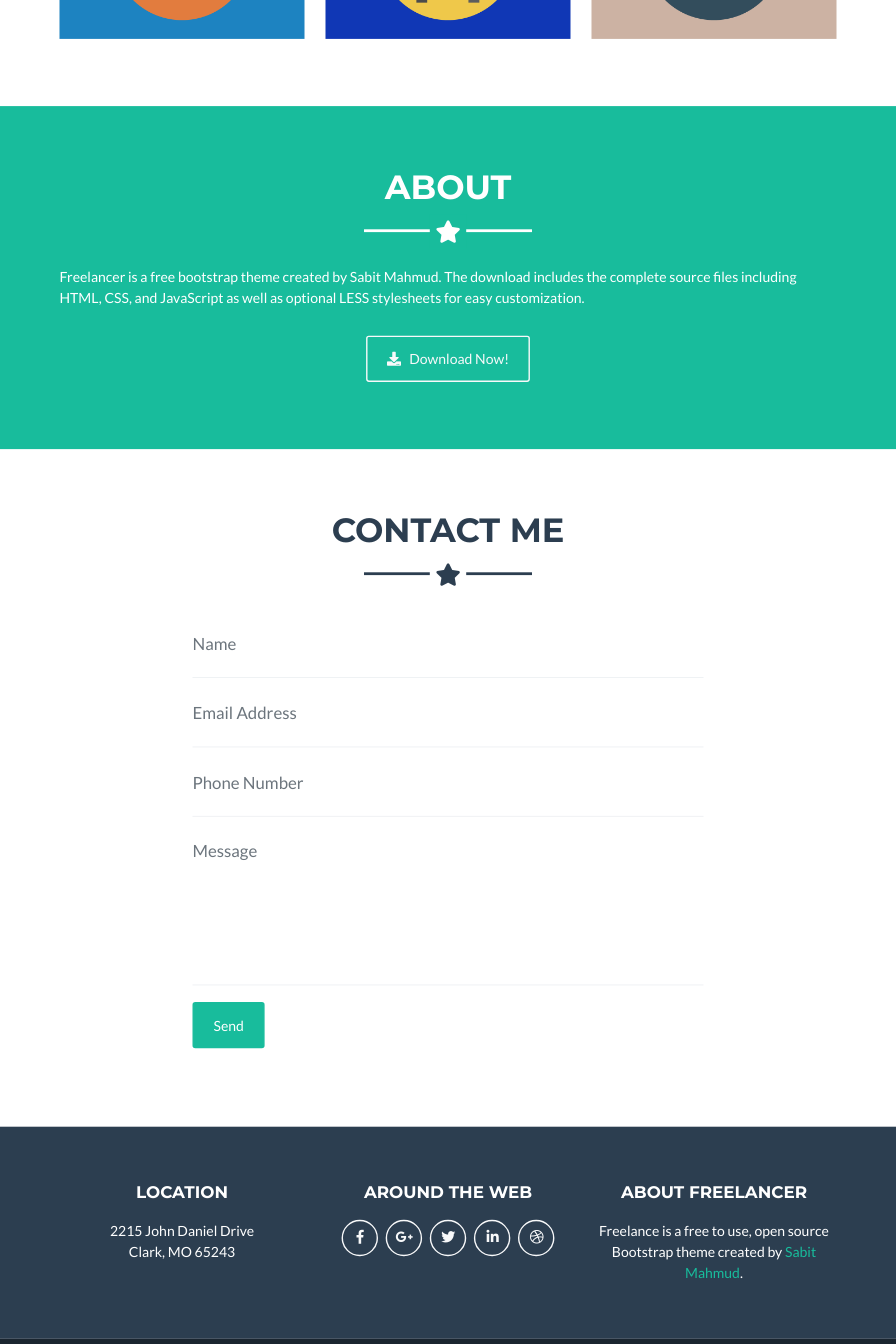
Repository: SabitDeepto/portfolio
Page: index.html
An editor plug-in stored every save of this project. The page is shown before and after the next save, followed by the edit.
The browser window is 1280 px wide. The pictures show the part of the page from y = 1491 to 3411 px (the page is 3476 px tall before and 3506 px after), at 70% of full size.

Above is the page before, as saved 2019-04-04 23:22:55.

After the next save:
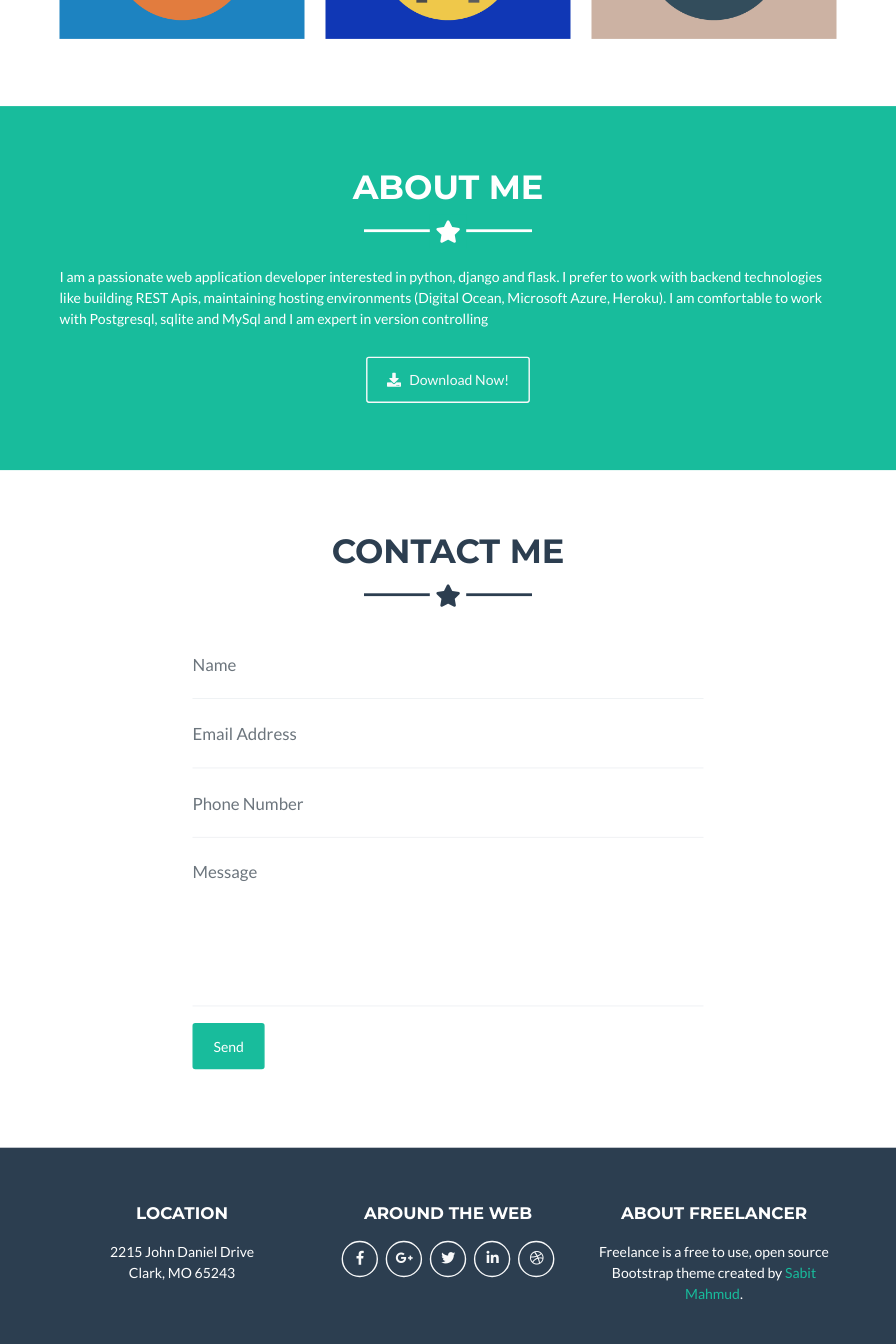
Saved 49 s later.
--- a/index.html
+++ b/index.html
@@ -135,11 +135,13 @@
   <!-- About Section -->
   <section class="bg-primary text-white mb-0" id="about">
     <div class="container">
-      <h2 class="text-center text-uppercase text-white">About</h2>
+      <h2 class="text-center text-uppercase text-white">About Me</h2>
       <hr class="star-light mb-5">
       <div class="row">
         <div class="col-lg-12 ml-auto">
-          <p class="lead">Freelancer is a free bootstrap theme created by Sabit Mahmud. The download includes the complete source files including HTML, CSS, and JavaScript as well as optional LESS stylesheets for easy customization.</p>
+          <p class="lead">
+            I am a passionate web application developer interested in python, django and flask. I prefer to work with backend technologies like building REST Apis, maintaining hosting environments (Digital Ocean, Microsoft Azure, Heroku). I am comfortable to work with Postgresql, sqlite and MySql and I am expert in version controlling
+          </p>
         </div>
 
       </div>
